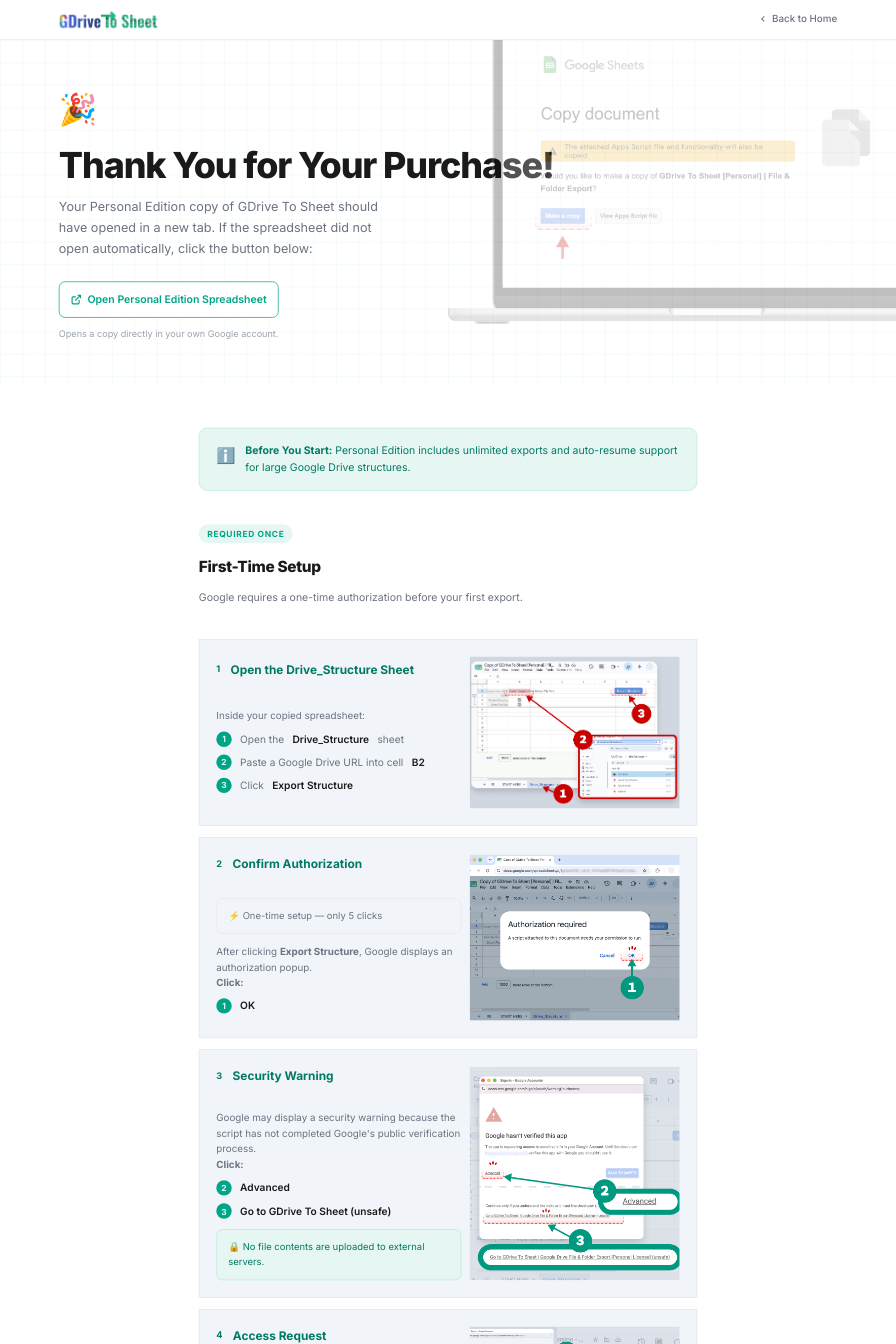
Repository: toishitool/gdrive-to-sheet
Page: personal-thanks.html
An editor plug-in stored every save of this project. The page is shown before and after the next save, followed by the edit.
The browser window is 1280 px wide. The pictures show the part of the page from y = 0 to 1920 px (the page is 3724 px tall before and 3749 px after), at 70% of full size.

Above is the page before, as saved 2026-06-25 14:00:26.
Console error: TypeError: Cannot read properties of null (reading 'addEventListener')

After the next save:
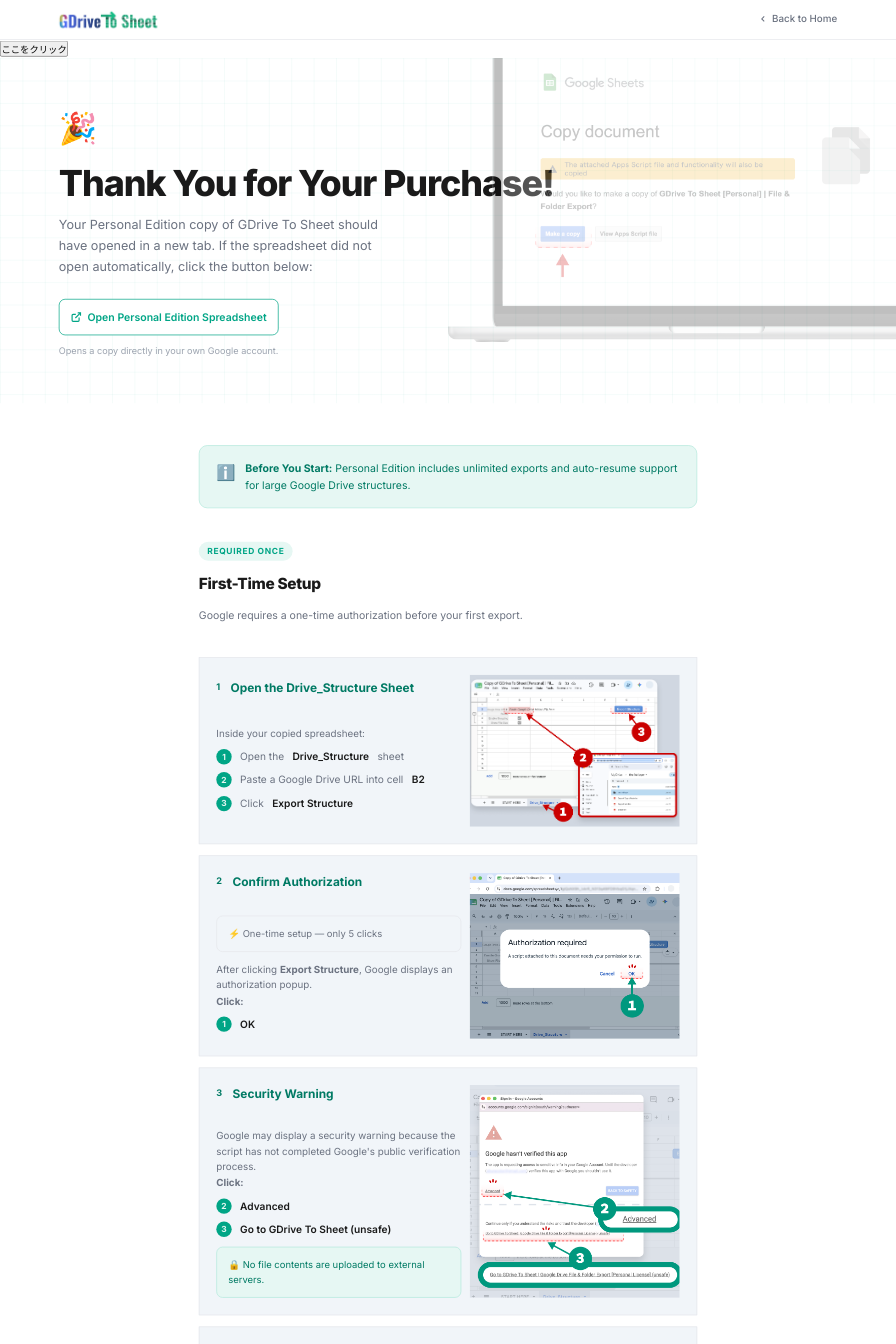
The error is gone.
Saved 1 s later.
--- a/personal-thanks.html
+++ b/personal-thanks.html
@@ -25,7 +25,7 @@
 
 
   <main>
-
+<button id="checkButton">ここをクリック</button>
     <!-- HERO / CONFIRMATION -->
     <section class="hero grid-bg" style="padding: 64px 0 64px;">
       <img src="images/personal-download-window.png" alt="Google Sheet Copy Document Interface" style="
